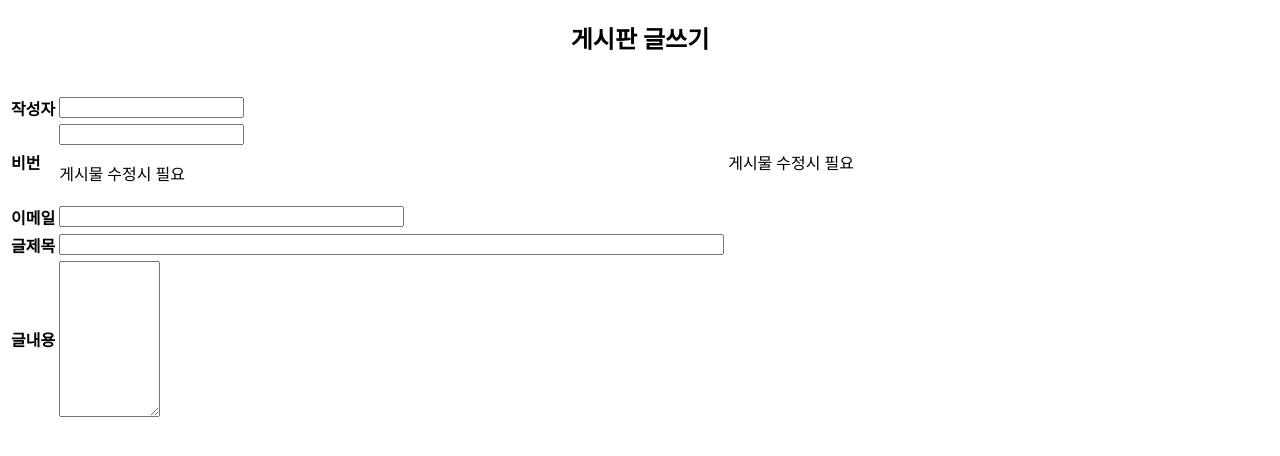
Repository: supremehappy/JSP_test02
Page: http://localhost/test/JSP_Test_06_1_boardWriteForm.jsp
These files come from the project's save history. The page is drawn as it stood at one moment and after the next save; the edit follows.
The browser window is 1280 px wide. The pictures show the whole page.
The page is served by Tomcat 9.

Above is the page before, as saved 2017-07-17 07:17:59.

After the next save:
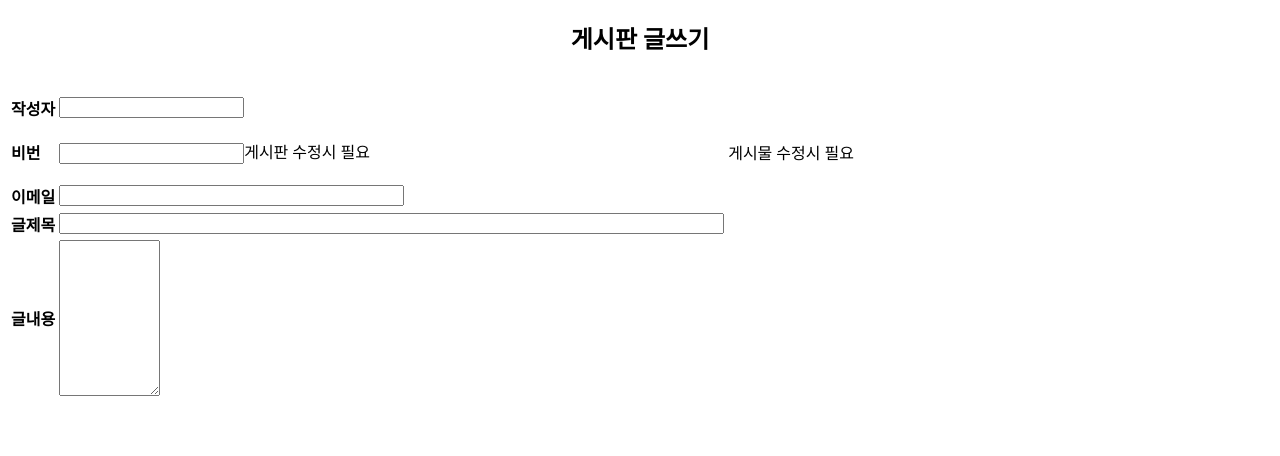
Saved 17 s later.
--- a/test/WebContent/JSP_Test_06_1_boardWriteForm.jsp
+++ b/test/WebContent/JSP_Test_06_1_boardWriteForm.jsp
@@ -23,7 +23,7 @@
 		</tr>
 		<tr>
 			<td><label><b>비번		</b></label></td>
-			<td><input type="password" name="pw" size="20"><p>게시물 수정시 필요</p></td>
+			<td><input type="password" name="pw" size="20">게시판 수정시 필요</td>
 			<td><p>게시물 수정시 필요</p></td>
 		</tr>
 		<tr>
